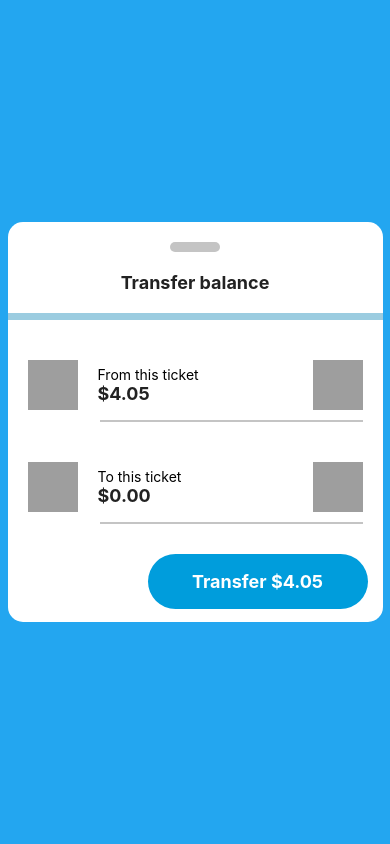
Repository: wilyyy/CompassPlus
Page: /
These files come from the project's save history. The page is drawn as it stood at one moment and after a run of saves; the edit follows.
The browser window is 390 px wide. The pictures show the whole page.
Pictures or frames that could not be fetched are drawn as grey boxes. The app was drawn by React Native's web renderer in a window 390 px wide. The project was rebuilt for these pictures with package versions that can differ from the ones it lists, and the page was loaded fresh each time. Also part of the build but not shown: constants/styles.js, comps/CompassCardParent/cardManager.js, comps/CompassCardParent/transferFunds.js, comps/LinkCompassCard/index.js, comps/RideCardCont/index.js, storybook/stories/CenterView/style.js, comps/SignUpTransitCard/index.js.

Above is the page before, as saved 2021-10-30 19:34:20.

### App.js
import { StatusBar } from 'expo-status-bar';
import React, { useState } from 'react';
import { Button, StyleSheet, Text, View } from 'react-native';

import MobileCard from './comps/CompassCardParent/CardManager';
import AddFundsTab from './comps/CompassCardParent/CardManager/AddFunds';
import TransferBalanceTab from './comps/CompassCardParent/TransferFunds';
import LinkCompassCard from './comps/LinkCompassCard';
import RideCard from './comps/RideCardCont';
import SignUpTransitCard from './comps/SignUpTransitCard';

// export { default } from './storybook';

export default function App() {




  return (
    <View style={styles.container}>
      {/* <LinkCompassCard />
      <RideCard />
      <SignUpTransitCard /> */}

      {/* <MobileCard /> */}
      {/* <TransferBalanceTab /> */}
      <AddFundsTab />
      <StatusBar style="auto" />
    </View>
  );
}

const styles = StyleSheet.create({
  container: {
    flex: 1,
    backgroundColor: '#23A6F0',
    alignItems: 'center',
    justifyContent: 'center',
  },
});

### comps/CompassCardParent/CardManager/AddFunds/index.js
import React, { useState } from 'react';
import { Button, Image, StyleSheet, Switch, Text, TouchableOpacity, View } from 'react-native';
import styled from 'styled-components/native';

const Container = styled.View`
    width: 375px;
    height: 400px;
    background-color: #fff;
    border-radius: 15px;

`;

const Notch = styled.View`
    width: 50px;
    height: 10px;
    background-color: #C4C4C4;
    margin: 20px 0px 0px;
    align-self: center;
    border-radius: 50px;
`;

const Title = styled.Text`
    font-size: 18px;
    color: #222222;
    align-self: center;
    margin: 20px 0px;
    font-weight: 700;
`;

const Divider = styled.View`
    width:100%;
    height:7px;
    background-color: #9BCCE0;
    margin: 0px 0px 30px 0px;
`;

const SettingCont = styled.View`
    flex-direction: row;
    justify-content: space-between;
    align-items: center;
    width:100%;
    /* border-width: 2px;
    border-color: red; */
    padding: 5px 15px;

`;

const SettingsContLeft = styled.View`
    flex-direction: row;
    justify-content: space-between;
    align-items: center;

    /* border-width: 2px;
    border-color: blue; */
`;

const SmallCardIcon = styled.Image`
    width:50px;
    height:50px;
    margin: 5px;
`;

const TextColumn = styled.View`
    width: 200px;
    margin-left:15px;
    /* border-color: red;
    border-width: 2px; */
`;

const SmallTitle = styled.Text`

`;

const Amount = styled.Text`
    font-size: 18px;
    color: #222222;
    align-self: flex-start;
    font-weight: 700;
`;

const Arrow = styled.Image`
    width:50px;
    height:50px;
    margin: 5px;
    align-self: flex-end;
    /* border-color: red;
    border-width: 2px; */
`;

const Line = styled.View`
    width:70%;
    height:2px;
    background-color: #c4c4c4;
    margin: 0px 20px 30px 50px;
    align-self: flex-end;
`;

const ButtonText = styled.Text`
    font-size: 18px;
    color: #fff;
    align-self: center;
    font-weight: 700;
`;





export default function AddFundsTab({
    FromCardBalance = "$4.05",
    ToCardBalance = "$0.00",
}) {

    return (
        <Container>
            <Notch />
            <Title>Transfer balance</Title>
            <Divider />

            {/* FROM this ticket: */}

            <SettingCont>
                <SettingsContLeft>
                    <SmallCardIcon
                        source={{ uri: 'https://reactnative.dev/img/tiny_logo.png', }}
                    />
                    <TextColumn>
                        <SmallTitle>From this ticket</SmallTitle>
                        <Amount>{FromCardBalance}</Amount>
                    </TextColumn>
                </SettingsContLeft>
                <Arrow
                    source={{ uri: 'https://reactnative.dev/img/tiny_logo.png', }}
                />
            </SettingCont>

            <Line />

            {/* TO this ticket */}

            <SettingCont>
                <SettingsContLeft>
                    <SmallCardIcon
                        source={{ uri: 'https://reactnative.dev/img/tiny_logo.png', }}
                    />
                    <TextColumn>
                        <SmallTitle>To this ticket</SmallTitle>
                        <Amount>{ToCardBalance}</Amount>
                    </TextColumn>
                </SettingsContLeft>
                <Arrow
                    source={{ uri: 'https://reactnative.dev/img/tiny_logo.png', }}
                />

            </SettingCont>
            <Line />
            <TouchableOpacity
                style={styles.TransferButton}
            >
                <ButtonText>Transfer {FromCardBalance}</ButtonText>
            </TouchableOpacity>

        </Container>
    )

};



const styles = StyleSheet.create({
    TransferButton: {
        backgroundColor: '#009DDc',
        color: 'blue',
        width: 220,
        height: 55,
        borderRadius: 50,
        alignSelf: 'flex-end',
        right: 15,
        justifyContent: 'center'
    }
})

After the next 3 saves:
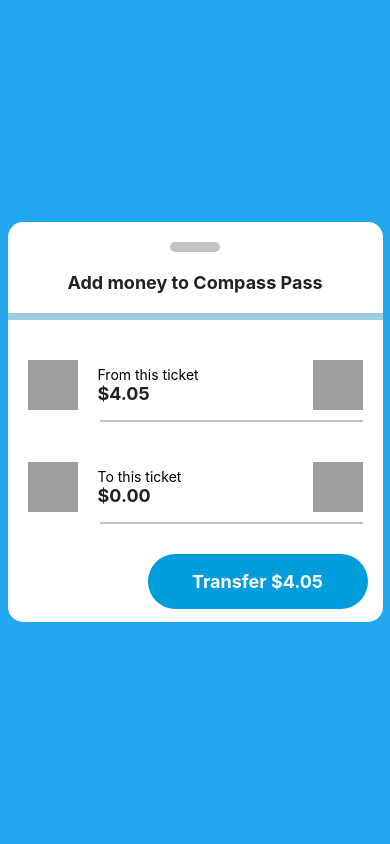
The 3 saves are shown as one change because 2 did not build or start.
The last was saved 70 s later.
--- a/comps/CompassCardParent/CardManager/AddFunds/index.js
+++ b/comps/CompassCardParent/CardManager/AddFunds/index.js
@@ -109,12 +109,13 @@
 export default function AddFundsTab({
     FromCardBalance = "$4.05",
     ToCardBalance = "$0.00",
+    cardType = 'Pass'
 }) {
 
     return (
         <Container>
             <Notch />
-            <Title>Transfer balance</Title>
+            <Title>Add money to Compass {cardType}</Title>
             <Divider />
 
             {/* FROM this ticket: */}
